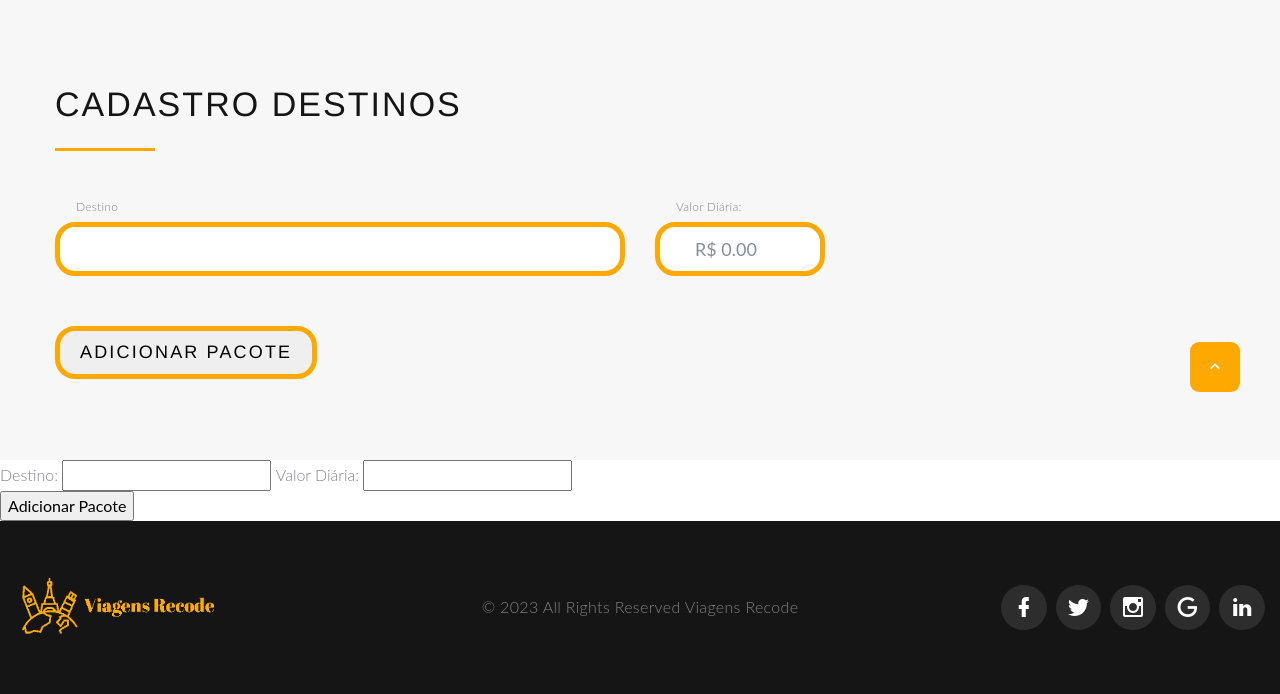
Repository: LiraS23/RecodePro2023-Modulo-4
Page: java/Modulo4/src/main/webapp/destinos.html
These files come from the project's save history. The page is drawn as it stood at one moment and after the next save; the edit follows.
The browser window is 1280 px wide. The pictures show the part of the page from y = 388 to 1082 px (the page is 1082 px tall before and 1020 px after).
Some web fonts or font styles are not loaded; a fallback is used.

Above is the page before, as saved 2023-10-28 16:29:56.

After the next save:
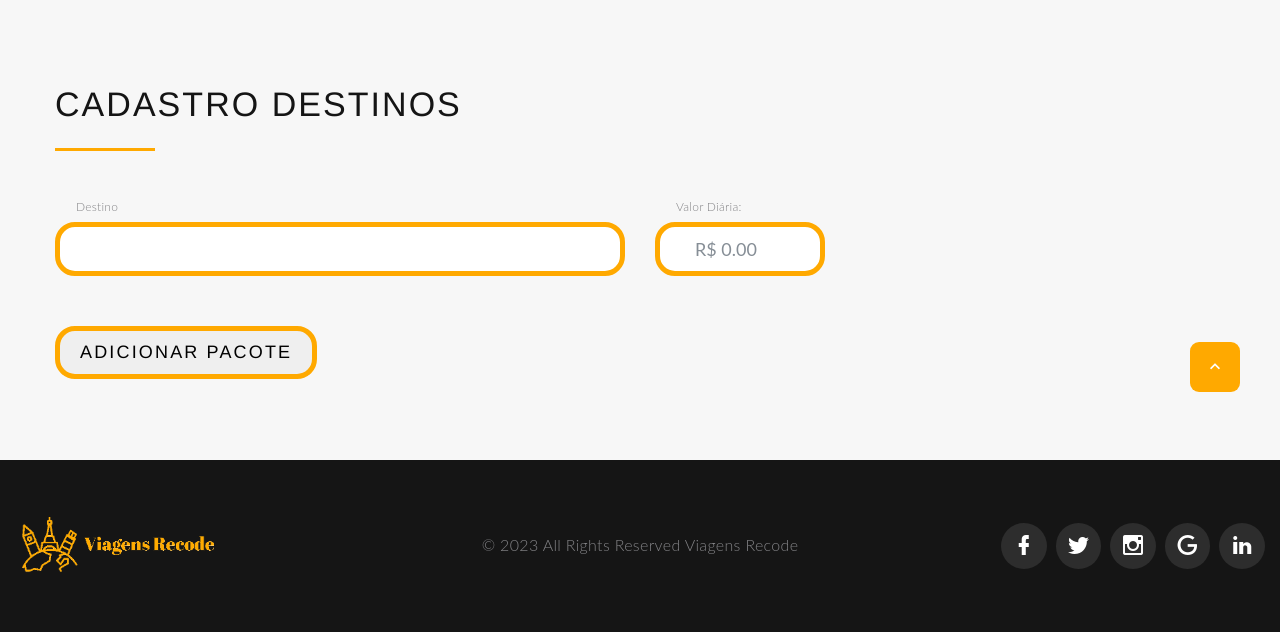
Saved 27 s later.
--- a/java/Modulo4/src/main/webapp/destinos.html
+++ b/java/Modulo4/src/main/webapp/destinos.html
@@ -119,15 +119,6 @@
 			</div>
 		</section>
 
-		<form action="/Modulo4/MeuPacoteServlet" method="post">
-			<input type="hidden" name="action" value="adicionar">
-			<label for="destino">Destino:</label>
-			<input type="text" name="destino" required>
-			<label for="valorDiaria">Valor Diária:</label>
-			<input type="text" name="valorDiaria" required><br>
-			<input type="submit" value="Adicionar Pacote">
-		</form>
-
 		<!-- Footer Minimal-->
 		<footer class="section page-footer page-footer-minimal novi-background bg-cover text-center bg-gray-darker">
 			<div class="container container-wide">
